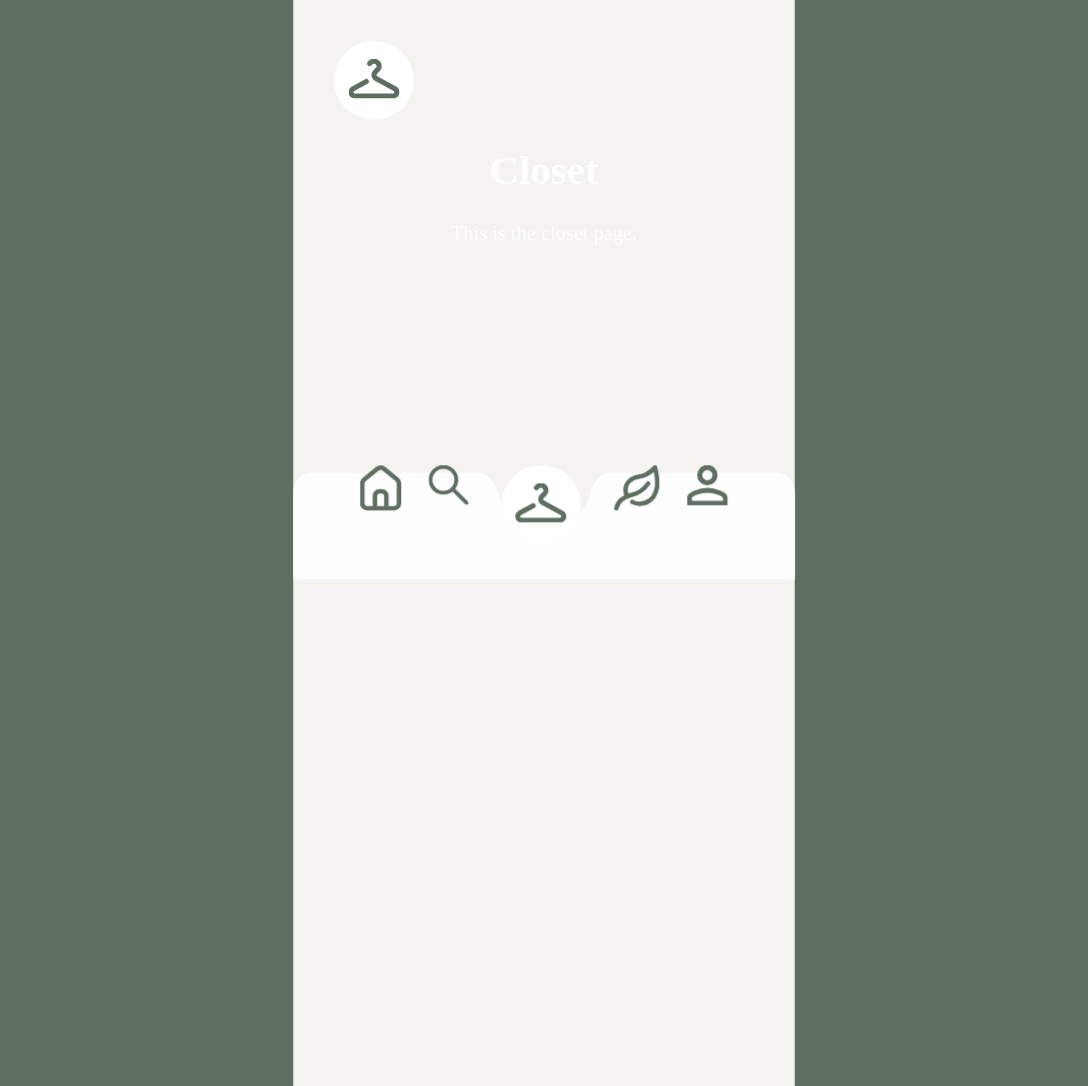
Repository: Strawb3rryjam/app-slotion
Page: /closet
The author's editor kept a copy of each file at every save. The page is drawn from the files as they stood at one save, then again after the next save.
The browser window is 1280 px wide. The pictures show the whole page, at 85% of full size.
The project was rebuilt for these pictures with package versions that can differ from the ones it lists, and the page was loaded fresh each time. Also part of the build but not shown: vite.config.js. Imported but missing from the stored project, and not drawn on this page: src/pages/Home.

Above is the page before, as saved 2025-05-09 02:46:19.

### src/main.jsx
import { StrictMode } from 'react'
import { createRoot } from 'react-dom/client'
import './index.css'

import { BrowserRouter } from 'react-router-dom'
import App from './App.jsx'

createRoot(document.getElementById('root')).render(
  <StrictMode>
    <BrowserRouter>
      <App />
    </BrowserRouter>
  </StrictMode>
)

### src/index.css
:root {
  color: rgba(255, 255, 255, 0.87);
}

body {
  width: 393px;
  min-height: 852px;
  margin: 0 auto;
  zoom: 150%;



  background-color: #F5F3EF;
  position: relative;

}

html {
  background-color: #5E6F62;
}

### src/App.jsx
import './App.css'
import Home from './pages/Home'
import Closet from './pages/Closet'
import {Routes, Route} from 'react-router-dom'
import FinalNav from './components/finalNav.jsx'


function App() {
  return (
    <div>
      <FinalNav />
      <main className = "main-content">
        <Routes>
          <Route path = "/" element = {<Home />} />
          <Route path = "/closet" element = {<Closet />} />

        </Routes>
      </main>
    </div>

  )
}

export default App

### src/pages/Closet.jsx

function Closet() {
  return (
    <div>
      <h1>Closet</h1>
      <p>This is the closet page.</p>
    </div>
  );
}

export default Closet;

### src/components/finalNav.jsx
import NavBar from "../components/NavBar.jsx";
import ClosetButton from "../components/closetPageButton.jsx";


export default function FinalNav() {
    return (
        <div className="nav-container">
            <NavBar />
            <ClosetButton />
        </div>
    );
}

### src/components/NavBar.jsx
import { Link } from "react-router-dom";
import styles from "../css/NavBar.module.css";  // Use this to import styles

/*images*/
import navBase from "../assets/NavBar.svg";
import homeIcon from "../assets/Home.svg";
import searchIcon from "../assets/search.svg";
import closetIcon from "../assets/Hanger.svg";
import tipsIcon from "../assets/leaf.svg";
import profileIcon from "../assets/Profile.svg";

/*component*/
import ClosetButton from "../components/closetPageButton";


function NavBar() {
    return (
        <nav className={styles.navbar}> {/* Use styles.navbar for CSS modules */}
            <div className={styles["navbar-links"]}> {/* Use styles for other classes */}
                <Link to="/" className={styles.Home}>
                    <img src={homeIcon} alt="Home" className={styles["nav-icon"]} />
                </Link>
                <Link to="/Search" className={styles.Search}>
                    <img src={searchIcon} alt="Search" className={styles["nav-icon"]} />
                </Link>

                  <ClosetButton></ClosetButton>

                <Link to="/Tips" className={styles.Tips}>
                    <img src={tipsIcon} alt="Tips" className={styles["nav-icon"]} />
                </Link>
                <Link to="/Profile" className={styles.Profile}>
                    <img src={profileIcon} alt="Profile" className={styles["nav-icon"]} />
                </Link>



            </div>
        </nav>
    );
}

export default NavBar;

### src/components/closetPageButton.jsx
import { useState } from "react";
import { Link } from "react-router-dom";
import styles from "../css/closetPageButton.module.css"; // ✅ Make sure file name matches

// Import icons
import closetNotActive from "../assets/Hanger.svg";
import closetActive from "../assets/HangerActive.svg";



export default function ClosetButton() {
    const [isActive, setIsActive] = useState(false);

    const handleClick = () => {
        setIsActive(!isActive);
    };

    return (
        <div className={styles.closetWrapper}>
            {isActive && (
                <div className={styles.dropdown}>
                    <Link to="/CreatePost" className={styles.dropdownOption1}>Create Post</Link>
                    <Link to="/Closet" className={styles.dropdownOption2}>View Closet</Link>
                </div>
            )}
            <button onClick={handleClick} className={styles.Closet}>
                <img
                    src={isActive ? closetActive : closetNotActive}
                    alt="Closet"
                    className={styles["nav-icon"]}
                />
            </button>
        </div>
    );
}

### src/css/NavBar.module.css
.navbar {
  position: fixed;
  bottom: 0;
  left: 50%;
  transform: translateX(-50%); /* shifts it back by half its own width */

  padding: 19px 32px 33px 32px;

  display: flex;
  justify-content: center;

  background-image: url(../assets/NavBar.svg);
  background-repeat: no-repeat;
  background-position: center;
  background-size: contain;

  width: 329px;
  max-height: 84px;
}



.navbar-links {
  display: flex;
  justify-content: space-between;
  width: 100%;
  padding: 0 20px; /* Add padding to the left and right */
}


  /*icons*/
  .Home {
    width: 28.444px;
    height: 32px;
  }

  .Search{
    width: 31px;
    height: 31px;
  }

  .Tips{
    width: 32px;
    height: 32px;
  }

.Profile{
  width: 32px;
  height: 32px;
}

.Closet {
  width: 62.2px;
  height: 62.2px;
  background-color: white;
  border-radius: 50%; /* makes it a perfect circle */
  display: flex;
  align-items: center;
  justify-content: center;
}

### src/css/closetPageButton.module.css
.closetWrapper {
    position: relative;
    display: inline-block;

    width: 62.2px;
    height: 62.2px;
    background-color: white;
    border-radius: 50%;
    display: flex;
    justify-content: center;
    align-items: center;

    margin-bottom: 20px;

}

.dropdown {
    top: -110px; /* adjust as needed */
    border-radius: 8px;
    padding: 0.5rem;
    display: flex;
    flex-direction: column;
    align-items: center;

    gap: 0.5rem;
    z-index: 10;

    position: absolute;
    bottom: 100%;
    left: 50%;
    transform: translateX(-50%);

}

.dropdownOption1,
.dropdownOption2 {
    color: white;
    text-decoration: none; /* removes underline */
    padding: 0.5rem 1rem;
    border-radius: 4px;
    font-weight: bold;
    text-align: center;
    background-color: transparent;
    transition: background-color 0.2s;
    align-self: center;

    width: 361px;
    height: 59px;
    background-color: #4CAF50; /* green background */


}

.dropdownOption1:hover,
.dropdownOption2:hover {
    background-color: rgba(255, 255, 255, 0.2); /* subtle hover effect */
}

.Closet {
    background: none;
    border: none;
    cursor: pointer;
}

.nav-icon {
    width: 40px;
    height: auto;
}

Loaded but not shown: index.html (common file); src/App.css (common file)

After the next save:
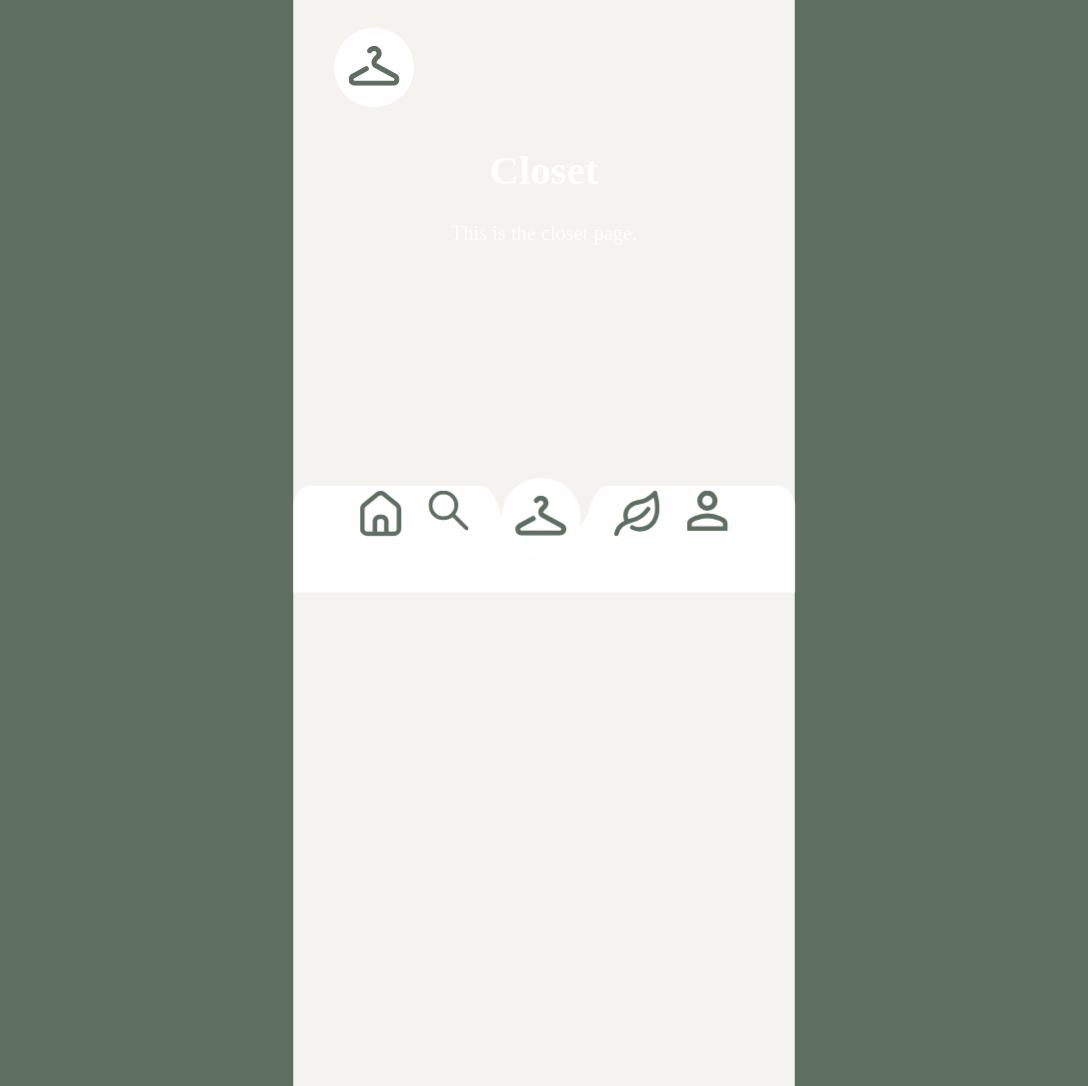
Saved 45 s later.
--- a/src/css/closetPageButton.module.css
+++ b/src/css/closetPageButton.module.css
@@ -1,7 +1,4 @@
 .closetWrapper {
-    position: relative;
-    display: inline-block;
-
     width: 62.2px;
     height: 62.2px;
     background-color: white;
@@ -9,8 +6,8 @@
     display: flex;
     justify-content: center;
     align-items: center;
-
-    margin-bottom: 20px;
+    position: relative; /* Make this relative, NOT absolute */
+    top: -10px; /* Move it up */
 
 }
 
